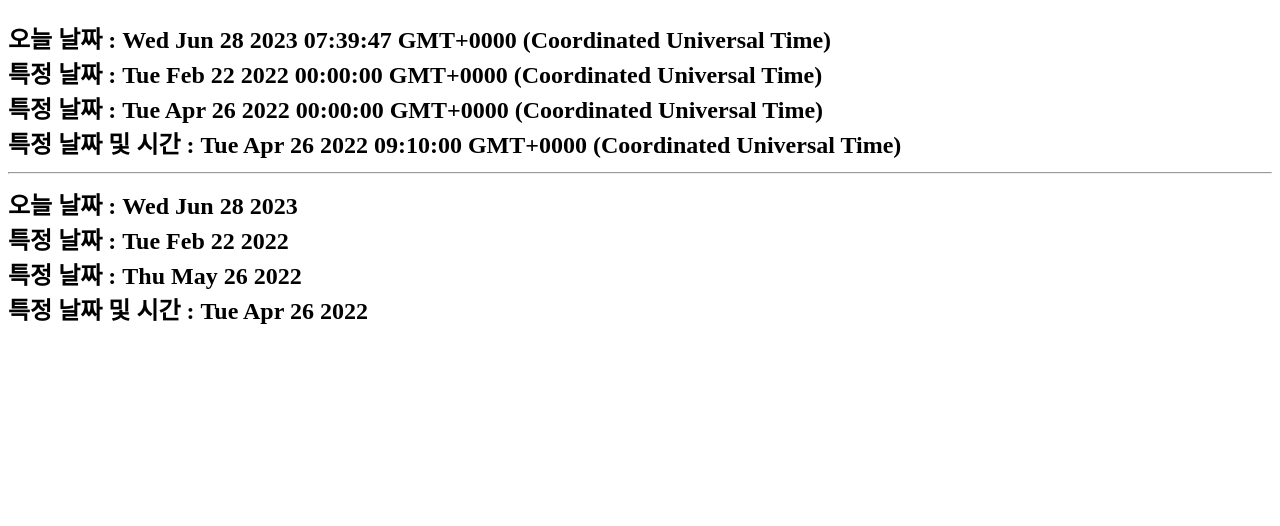
Repository: ady0099/webstudy
Page: 03_javascript/src/main/webapp/day03/ex02_date.html
An editor plug-in stored every save of this project. The page is shown before and after the next save, followed by the edit.
The browser window is 1280 px wide. The pictures show the whole page.

Above is the page before, as saved 2023-06-29 02:11:12.

After the next save:
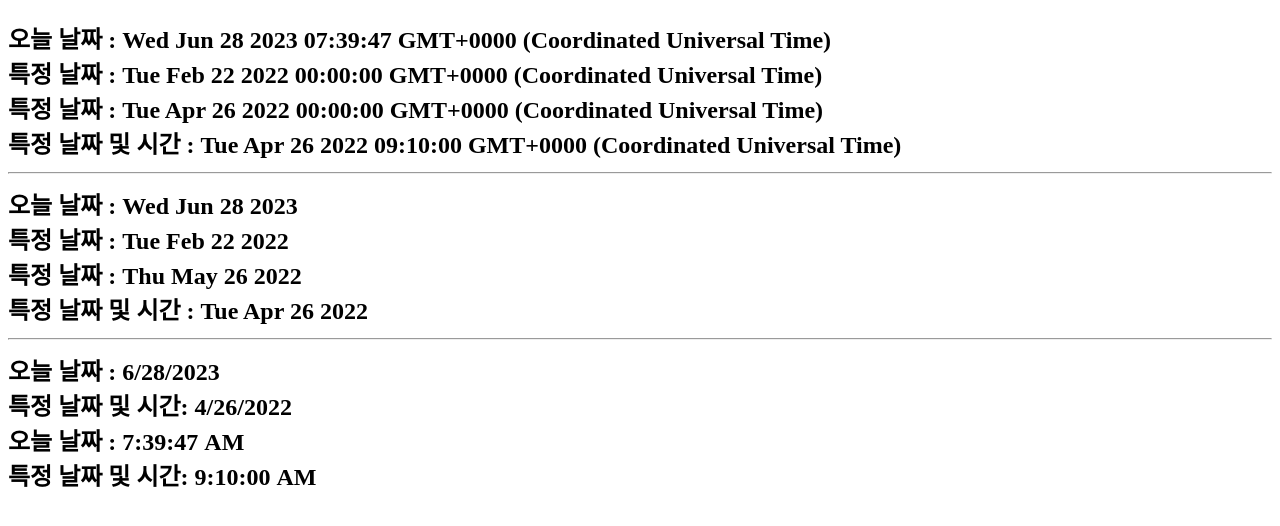
Saved 55 s later.
--- a/03_javascript/src/main/webapp/day03/ex02_date.html
+++ b/03_javascript/src/main/webapp/day03/ex02_date.html
@@ -19,10 +19,17 @@
 			document.write("특정 날짜 : "+new Date(2022,04,26).toDateString()+"<br>");
 			document.write("특정 날짜 및 시간 : "+new Date(2022,04-1,26,09,10).toDateString()+"<br>");
 
-			document.write("</h2>");
+			document.write("<hr>");
 
 
+			// .toLocaleDateString() : 날짜
+			// .toLocaleTimeString() : 시간
+			document.write("오늘 날짜 : " + new Date().toLocaleDateString() + "<br>");
+			document.write("특정 날짜 및 시간: " + new Date(2022,04-1,26,09,10).toLocaleDateString() + "<br>");
 
+			document.write("오늘 날짜 : " + new Date().toLocaleTimeString() + "<br>");
+			document.write("특정 날짜 및 시간: " + new Date(2022,04-1,26,09,10).toLocaleTimeString() + "<br>");
+			document.write("</h2>");
 
 
 		</script>
